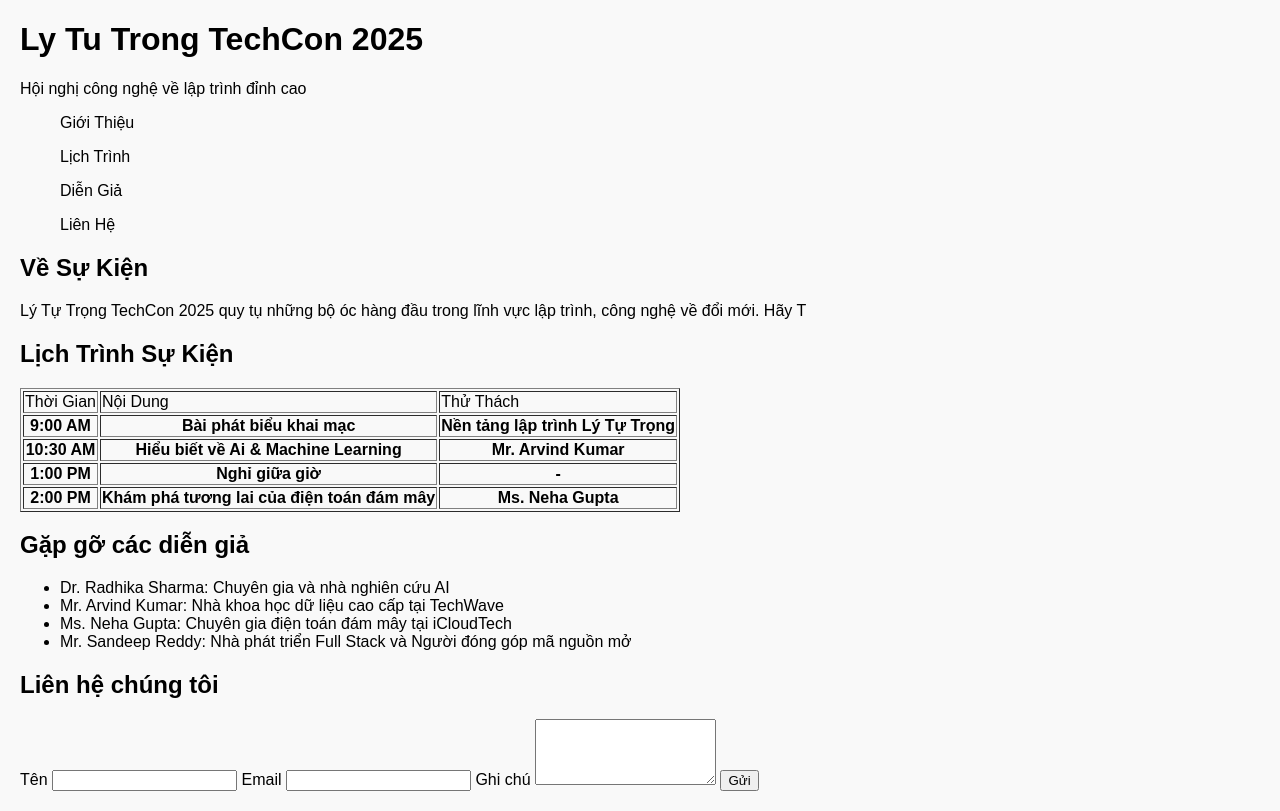
Repository: NhatMinh121/BaiTapVeNha1
Page: index.html
These files come from the project's save history. The page is drawn as it stood at one moment and after the next save; the edit follows.
The browser window is 1280 px wide. The pictures show the whole page.

Above is the page before, as saved 2025-03-28 22:35:37.

After the next save:
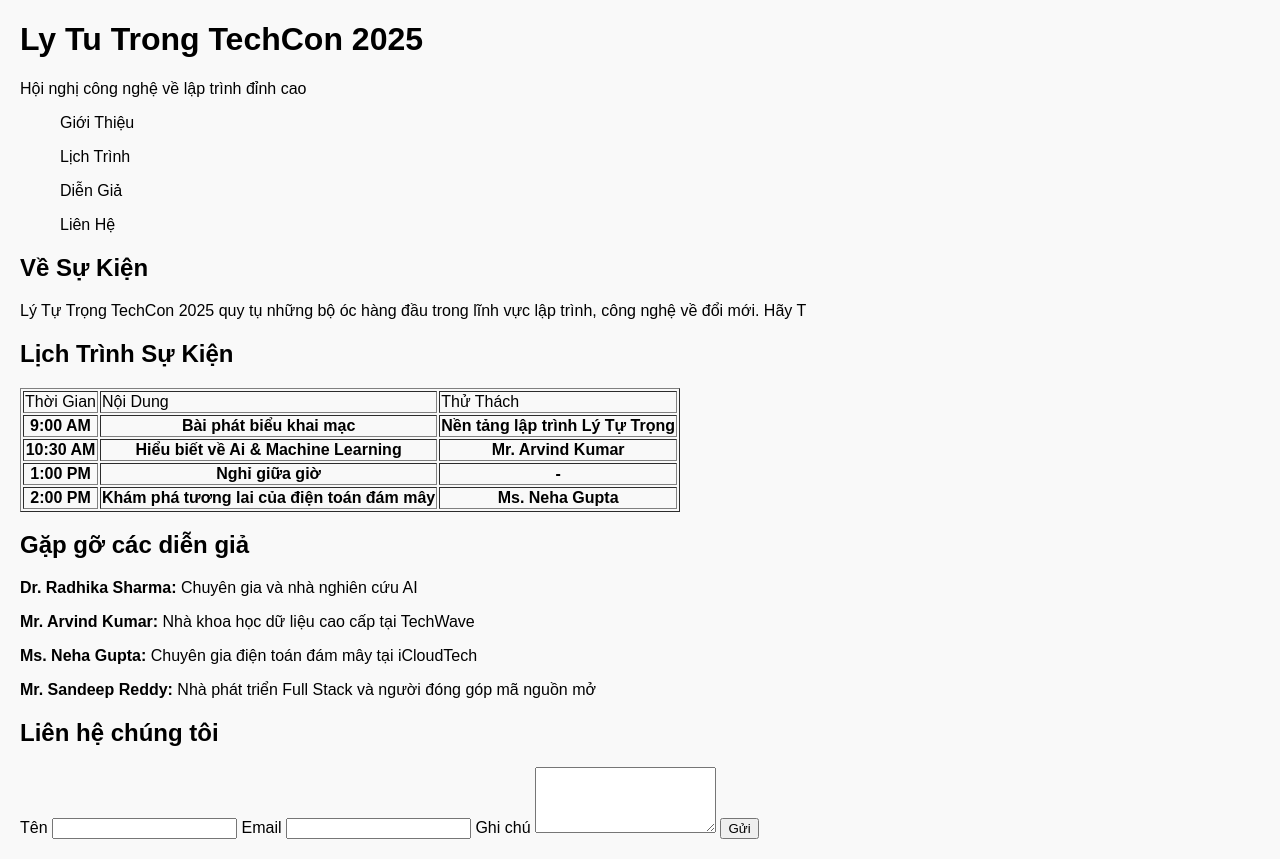
Saved 55 s later.
--- a/index.html
+++ b/index.html
@@ -59,12 +59,10 @@
         </div>
         <div class="Meeting">
             <h2>Gặp gỡ các diễn giả</h2>
-            <ul>
-                <li><span class="name">Dr. Radhika Sharma:</span> Chuyên gia và nhà nghiên cứu AI</li>
-                <li><span class="name">Mr. Arvind Kumar:</span> Nhà khoa học dữ liệu cao cấp tại TechWave</li>
-                <li><span class="name">Ms. Neha Gupta:</span> Chuyên gia điện toán đám mây tại iCloudTech</li>
-                <li><span class="name">Mr. Sandeep Reddy:</span> Nhà phát triển Full Stack và Người đóng góp mã nguồn mở</li>
-            </ul>
+            <p><strong>Dr. Radhika Sharma:</strong> Chuyên gia và nhà nghiên cứu AI</p>
+            <p><strong>Mr. Arvind Kumar:</strong> Nhà khoa học dữ liệu cao cấp tại TechWave</p>
+            <p><strong>Ms. Neha Gupta:</strong> Chuyên gia điện toán đám mây tại iCloudTech</p>
+            <p><strong>Mr. Sandeep Reddy:</strong> Nhà phát triển Full Stack và người đóng góp mã nguồn mở</p>
         </div>
     </main>
 
